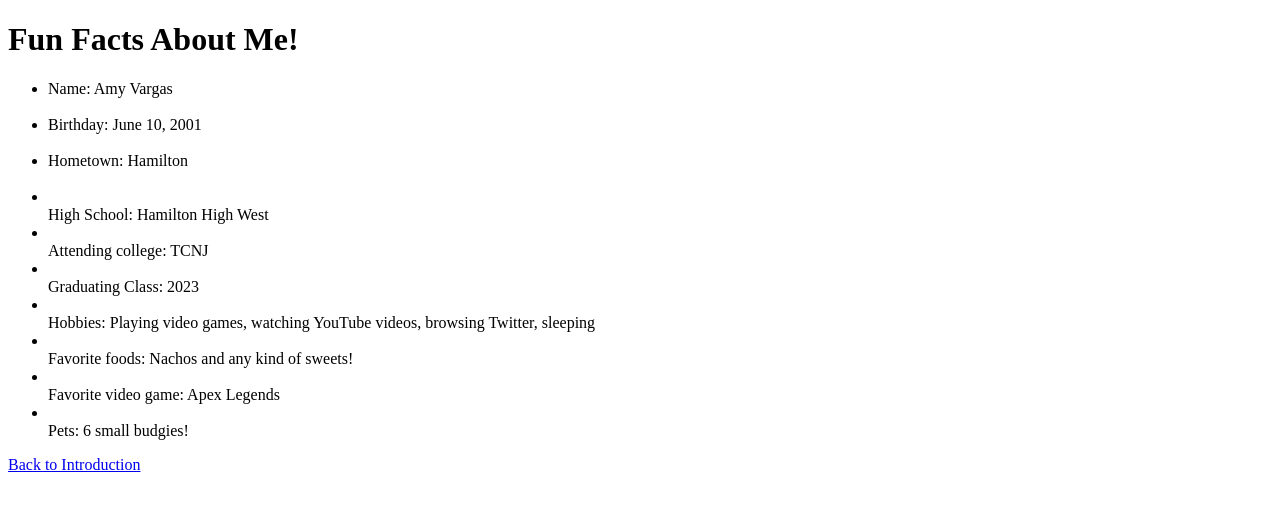
Repository: A-Vargas-GP/imm_my_website
Page: personal_site/personal/personal_facts.html
The author's editor kept a record of every edit. The page is drawn from the files as they stood at one moment, then again after the next edit.
The browser window is 1280 px wide. The pictures show the whole page.

Above is the page before.

### personal_site/personal/personal_facts.html
<!DOCTYPE html>
<html>
    <head> <meta charset = "utf-8">
        <title> All about Me! </title>
    </head>

    <body>
        <h1> Fun Facts About Me! </h1>

            <ul>
                <li> Name: Amy Vargas </li>
                </br>
                <li> Birthday: June 10, 2001 </li>
                </br>
                <li> Hometown: Hamilton </li>
                </br>
                <li> </li>High School: Hamilton High West
                </br>
                <li> </li>Attending college: TCNJ
                </br>
                <li> </li>Graduating Class: 2023
                </br>
                <li> </li>Hobbies: Playing video games, watching YouTube videos, browsing Twitter, sleeping
                </br>
                <li> </li>Favorite foods: Nachos and any kind of sweets!
                </br>
                <li> </li>Favorite video game: Apex Legends
                </br>
                <li> </li>Pets: 6 small budgies!
            </ul>

        <a href = "../introduction.html"> Back to Introduction </a>
    </body>
</html>

After the next edit:
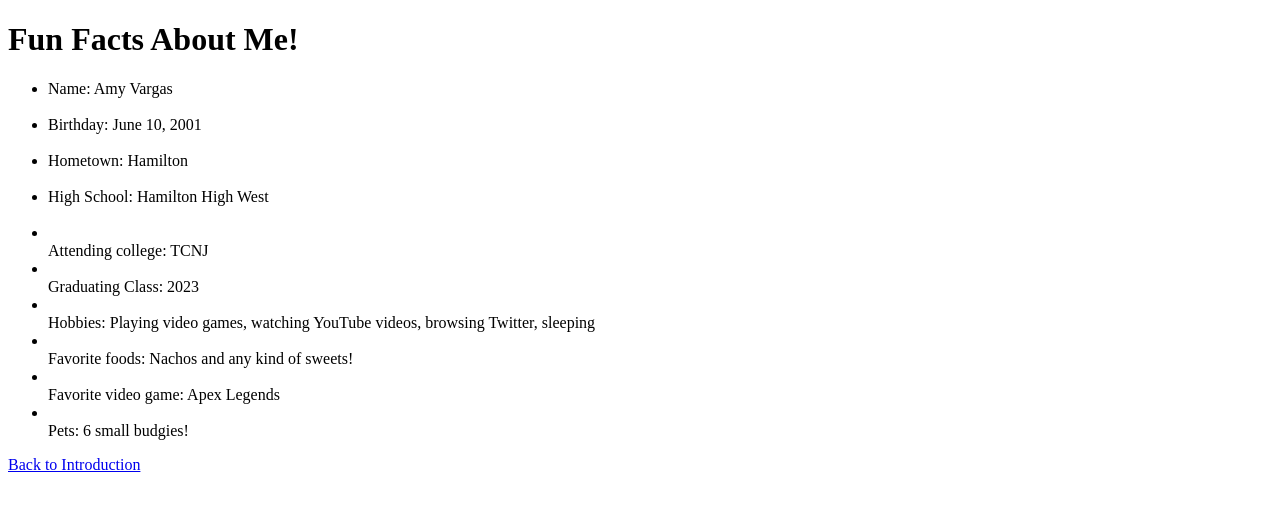
The edit:
--- a/personal_site/personal/personal_facts.html
+++ b/personal_site/personal/personal_facts.html
@@ -14,7 +14,7 @@
                 </br>
                 <li> Hometown: Hamilton </li>
                 </br>
-                <li> </li>High School: Hamilton High West
+                <li> High School: Hamilton High West </li>
                 </br>
                 <li> </li>Attending college: TCNJ
                 </br>
